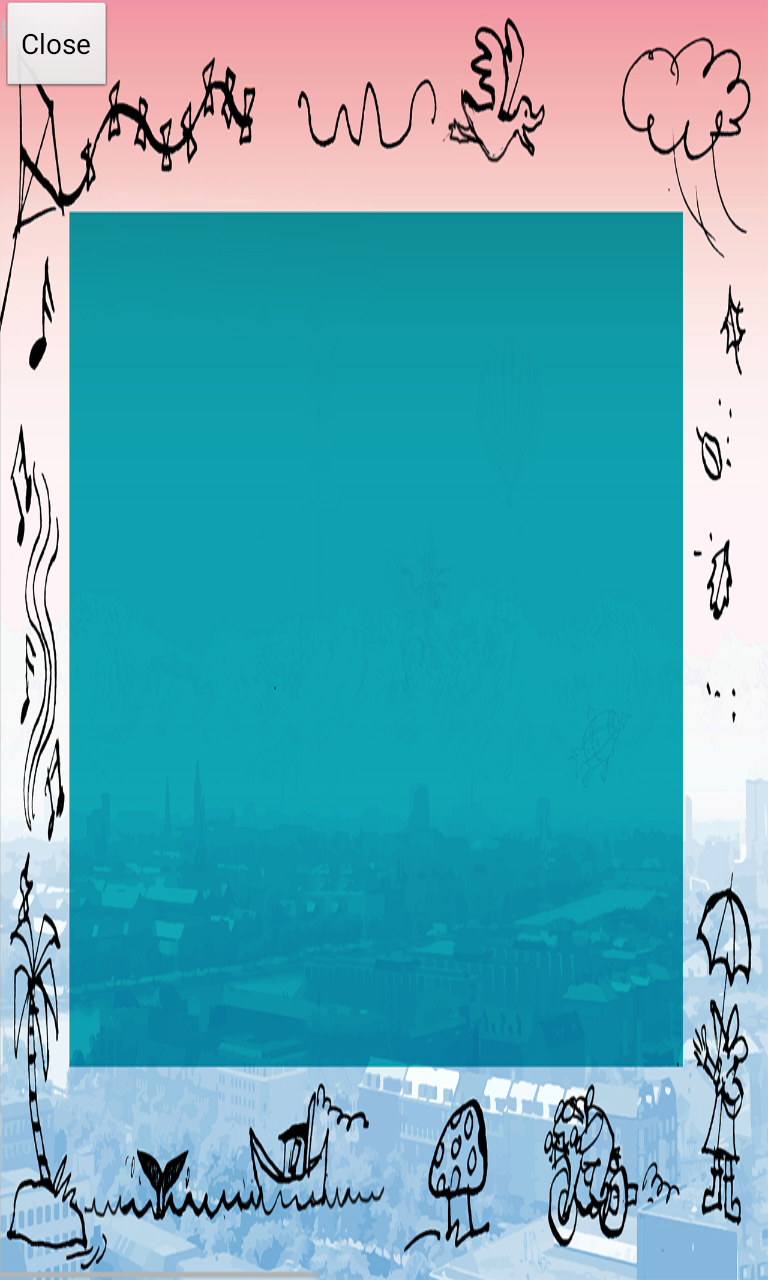
Repository: DreadMuffin/work
Layout: tablets/Historie/res/layout/popup2.xml
The author's editor kept a copy of each file at every save. The layout is drawn from the files as they stood at one save, then again after the next save.
It is drawn on a 768 x 1280 px phone screen (xhdpi) without system bars, with theme android:Theme.NoTitleBar; the app's code is not run.

Above is the layout before, as saved 2015-02-26 05:11:33.

### tablets/Historie/res/layout/popup2.xml
<RelativeLayout xmlns:android="http://schemas.android.com/apk/res/android"
    android:id="@+id/popup_element2"
    xmlns:tools="http://schemas.android.com/tools"
    android:layout_width="match_parent"
    android:layout_height="match_parent"
    android:background="@drawable/popupwp"
    tools:context=".Historie" >

	<TextView
	android:id="@+id/txtView"
	android:layout_width="wrap_content"
	android:layout_height="wrap_content"
	android:layout_marginTop="5sp"
	android:text="Hello!" />

	<Button
	android:id="@+id/btn_close_popup"
	android:layout_width="wrap_content"
	android:layout_height="wrap_content"
	android:layout_gravity="center"
	android:text="Close" />

</RelativeLayout>

After the next save:
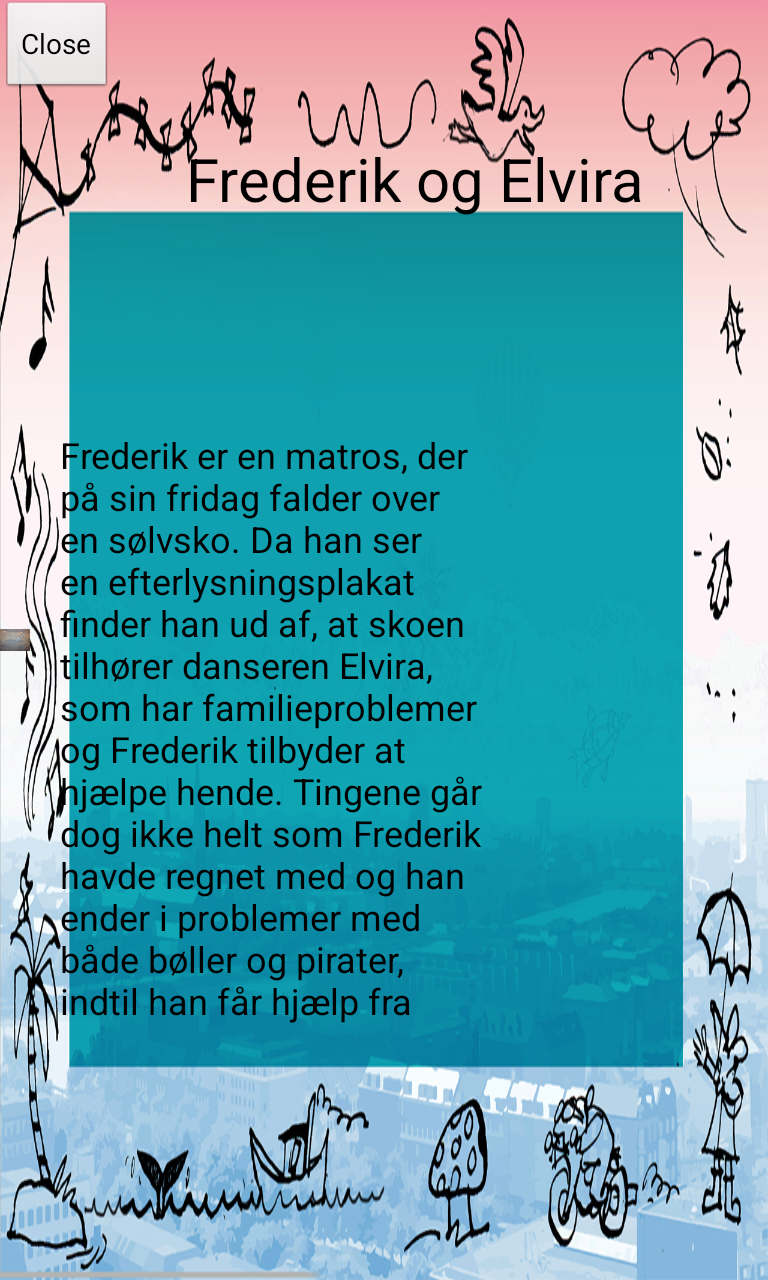
Saved 15 s later.
--- a/tablets/Historie/res/layout/popup2.xml
+++ b/tablets/Historie/res/layout/popup2.xml
@@ -1,23 +1,50 @@
 <RelativeLayout xmlns:android="http://schemas.android.com/apk/res/android"
-    android:id="@+id/popup_element2"
     xmlns:tools="http://schemas.android.com/tools"
+    android:id="@+id/popup_element1"
     android:layout_width="match_parent"
     android:layout_height="match_parent"
     android:background="@drawable/popupwp"
     tools:context=".Historie" >
 
-	<TextView
-	android:id="@+id/txtView"
-	android:layout_width="wrap_content"
-	android:layout_height="wrap_content"
-	android:layout_marginTop="5sp"
-	android:text="Hello!" />
+    <Button
+        android:id="@+id/btn_close_popup"
+        android:layout_width="wrap_content"
+        android:layout_height="wrap_content"
+        android:layout_gravity="center"
+        android:text="Close" />
 
-	<Button
-	android:id="@+id/btn_close_popup"
-	android:layout_width="wrap_content"
-	android:layout_height="wrap_content"
-	android:layout_gravity="center"
-	android:text="Close" />
+    <TextView
+        android:id="@+id/textView1"
+        android:layout_width="500dp"
+        android:layout_height="75dp"
+        android:layout_above="@+id/txt"
+        android:layout_alignLeft="@+id/txt"
+        android:layout_marginBottom="88dp"
+        android:gravity="center"
+        android:text="Frederik og Elvira"
+        android:textColor="#000000"
+        android:textSize="30sp" />
+
+    <TextView
+        android:id="@+id/txt"
+        android:layout_width="500dp"
+        android:layout_height="300dp"
+        android:layout_alignParentBottom="true"
+        android:layout_alignParentRight="true"
+        android:layout_marginBottom="125dp"
+        android:layout_marginLeft="30dp"
+        android:layout_marginRight="143dp"
+        android:text="Frederik er en matros, der på sin fridag falder over en sølvsko. Da han ser en efterlysningsplakat finder han ud af, at skoen tilhører danseren Elvira, som har familieproblemer og Frederik tilbyder at hjælpe hende. Tingene går dog ikke helt som Frederik havde regnet med og han ender i problemer med både bøller og pirater, indtil han får hjælp fra en ganske uventet kant.
+Historien om Frederik og Elvira er en fortælling om venskab, mod, kærlighed, pirater og eventyr og tager dig med ind i en verden ikke så langt fra vores egen."
+        android:textColor="#000000"
+        android:textSize="18sp" />
+
+    <ImageView
+        android:layout_width="505dp"
+        android:layout_height="505dp"
+        android:layout_centerVertical="true"
+        android:layout_marginRight="15dp"
+        android:layout_toLeftOf="@+id/textView1"
+        android:src="@drawable/odder500" />
 
 </RelativeLayout>
